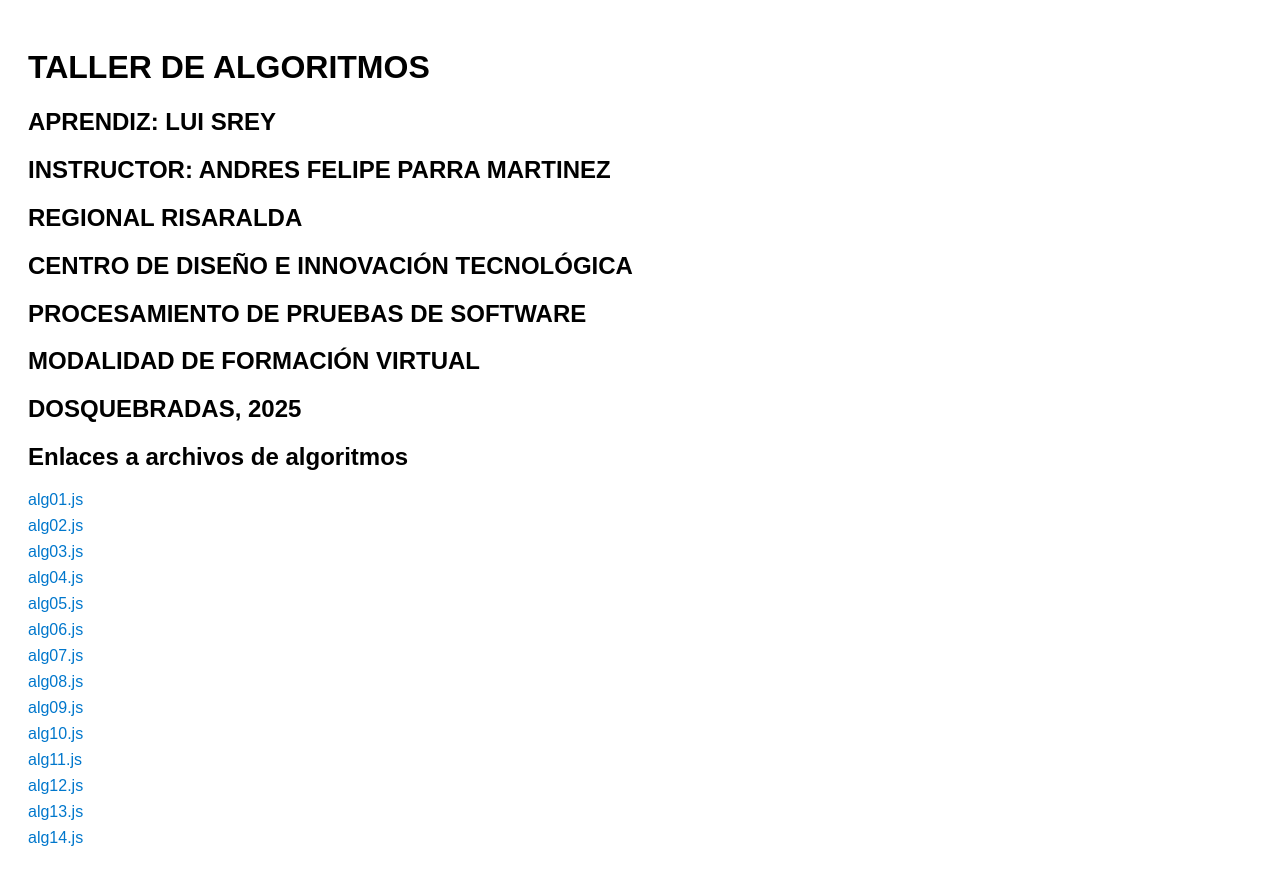
Repository: rlhardrock/SENATallerAlgoritmos01
Page: algoritmo.html
These files come from the project's save history. The page is drawn as it stood at one moment and after the next save; the edit follows.
The browser window is 1280 px wide. The pictures show the whole page.

Above is the page before, as saved 2025-04-23 16:17:06.

After the next save:
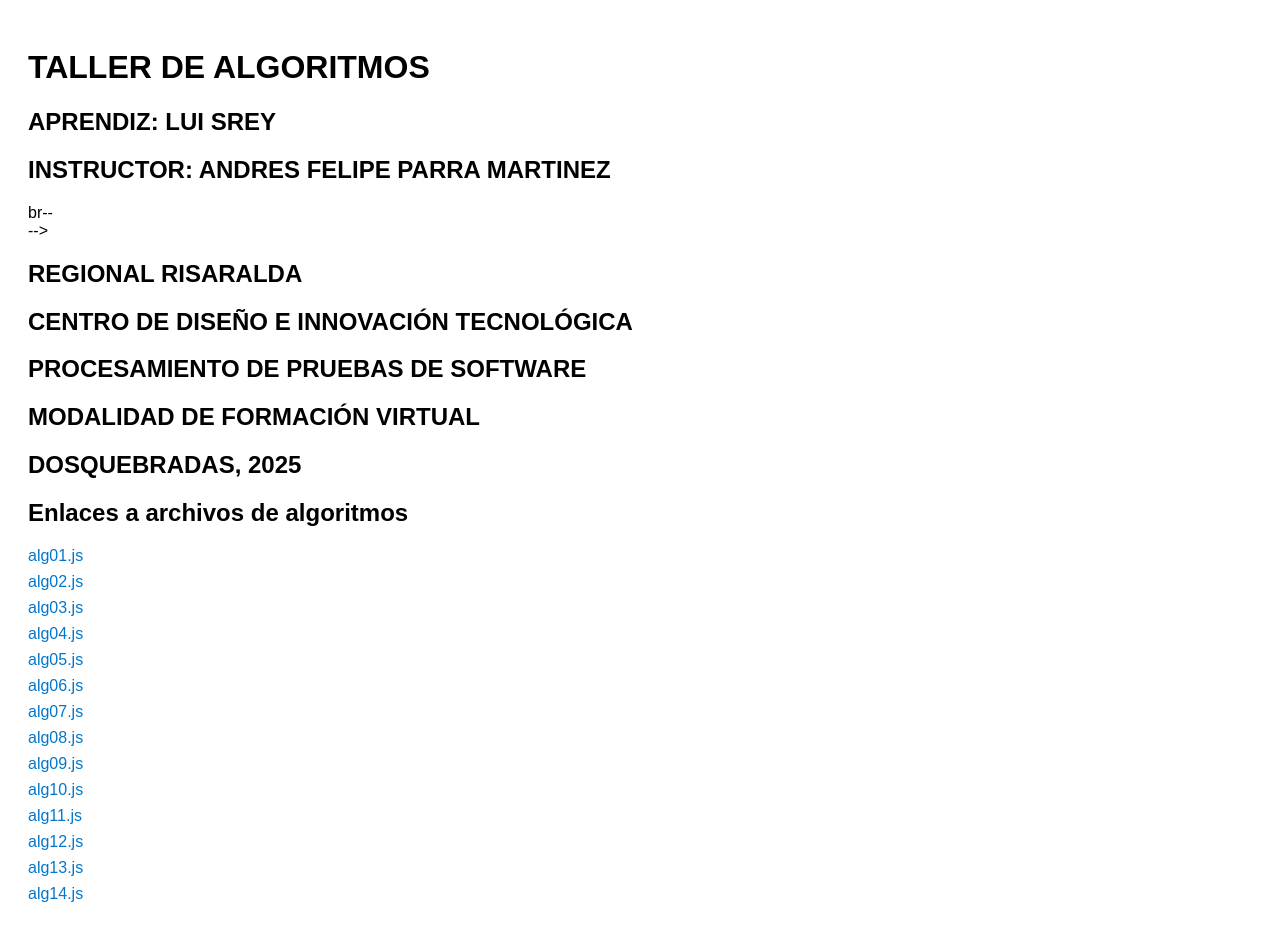
Saved 10 s later.
--- a/algoritmo.html
+++ b/algoritmo.html
@@ -31,7 +31,7 @@
     <h2></h2>
     <h2>APRENDIZ: LUI SREY</h2>
     <h2>INSTRUCTOR: ANDRES FELIPE PARRA MARTINEZ</h2>
-  <!-- </br> -->
+  <!>br-- </br> -->
     <h2>REGIONAL RISARALDA</h2>
     <h2>CENTRO DE DISEÑO E INNOVACIÓN TECNOLÓGICA</h2>
     <h2>PROCESAMIENTO DE PRUEBAS DE SOFTWARE</h2>
